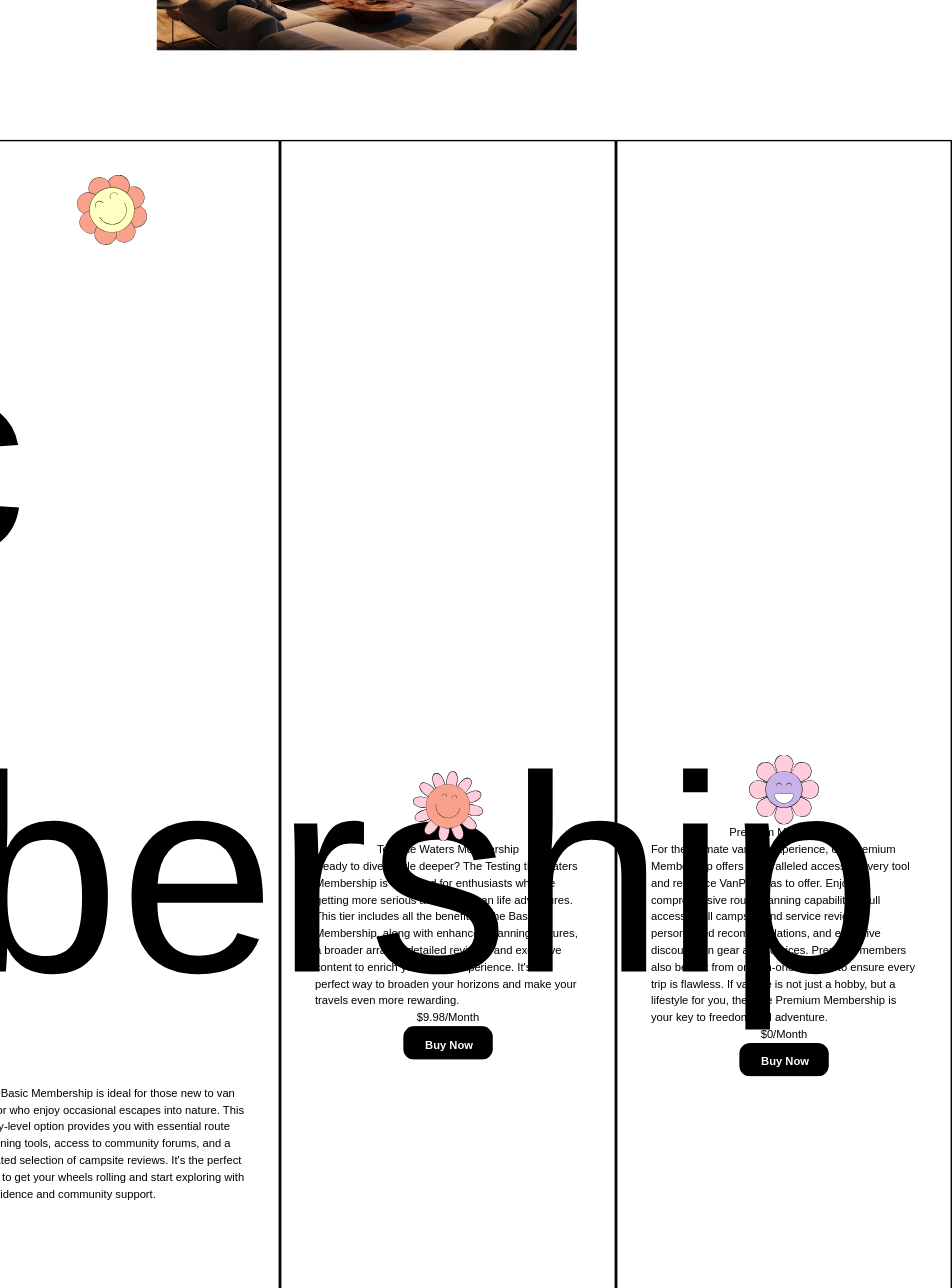
Repository: SaraShio/landing-page
Page: /
These files come from the project's save history. The page is drawn as it stood at one moment and after the next save; the edit follows.
The browser window is 1280 px wide. The page is 1360 px wide, so the pictures cover 1360 px, including what lies to the right of the window. The pictures show the part of the page from y = 547 to 2387 px (the page is 3584 px tall before and 1928 px after), at 70% of full size.
The project was rebuilt for these pictures with package versions that can differ from the ones it lists, and the page was loaded fresh each time. The framework's server and built-in components were replaced by stand-ins that run in the browser. Also part of the build but not shown: next.config.mjs.

Above is the page before, as saved 2024-03-08 21:36:47.

After the next save:
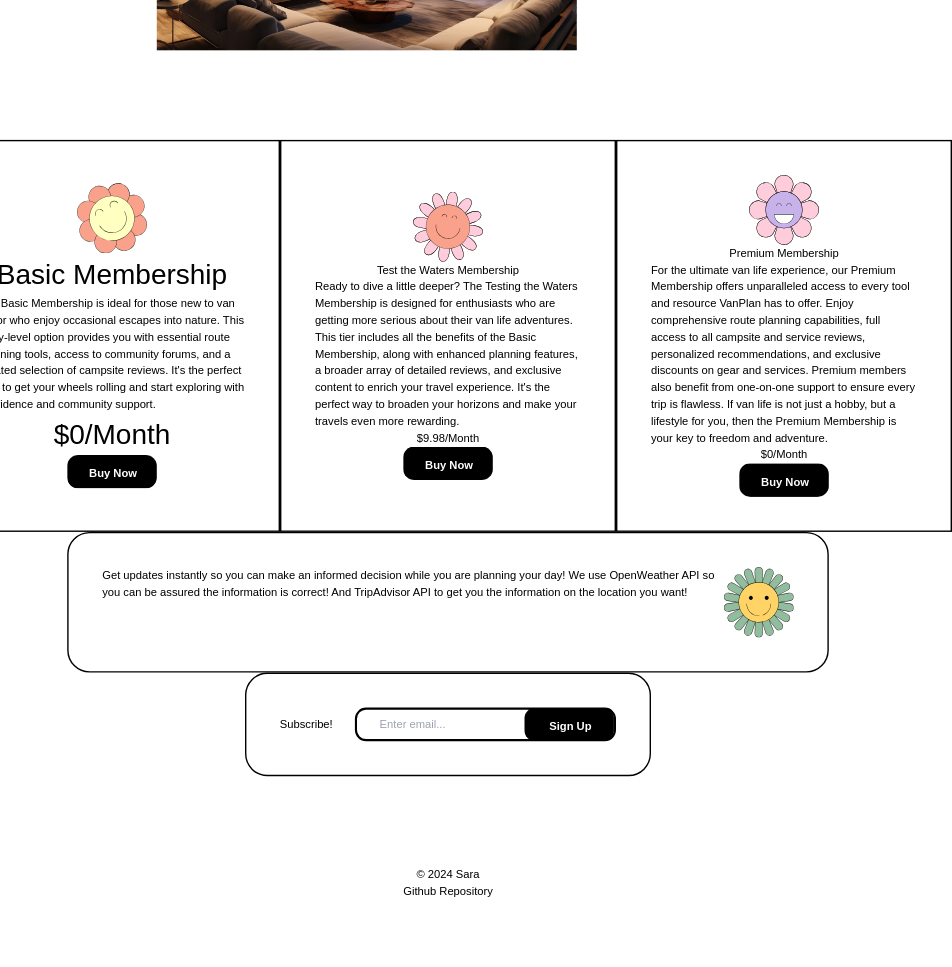
Saved 7 s later.
--- a/components/CardOne/CardOne.module.css
+++ b/components/CardOne/CardOne.module.css
@@ -9,7 +9,7 @@
 }
 
 .card_one_container > h1{
-font-size: 400px;
+font-size: 40px;
 }
 
 .buy_button{
